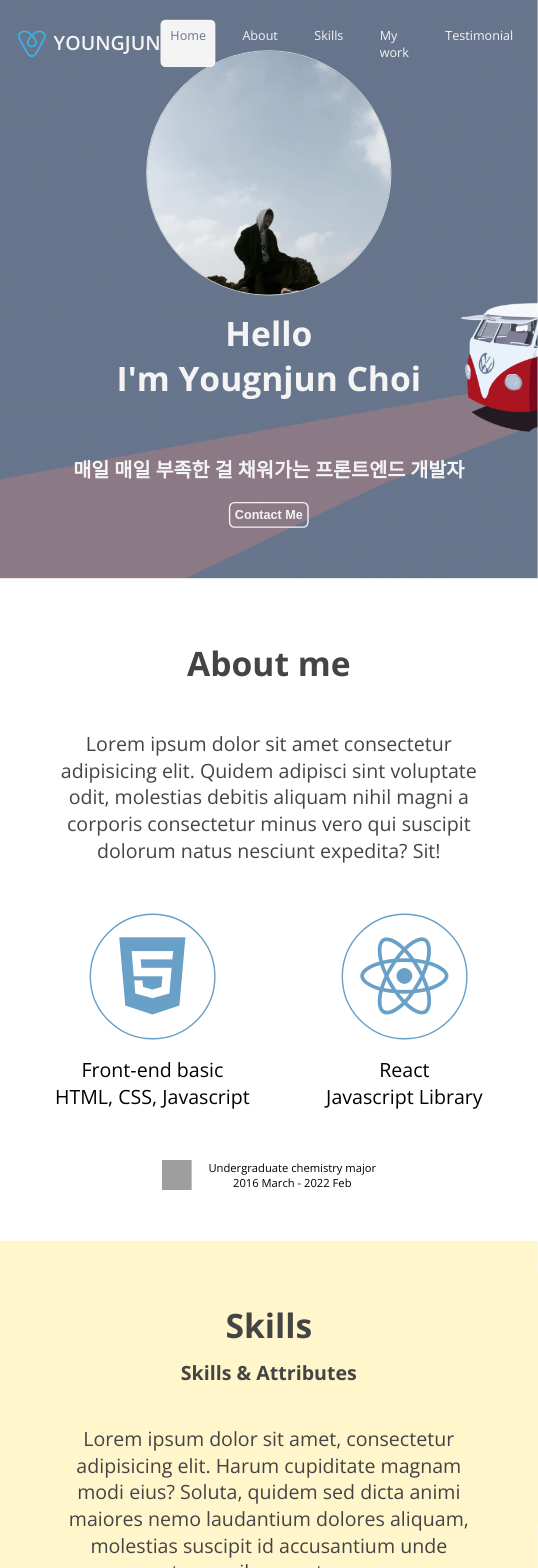
Repository: choi2021/portfolio-vanillaJS
Page: index.html
The author's editor kept a copy of each file at every save. The page is drawn from the files as they stood at one save, then again after the next save.
The browser window is 768 px wide. The pictures show the part of the page from y = 0 to 2240 px (the page is 5490 px tall before and 5390 px after), at 70% of full size.
Pictures or frames that could not be fetched are drawn as grey boxes. Some web libraries are served in a nearby version.

Above is the page before, as saved 2022-01-08 14:45:37.

### index.html
<!DOCTYPE html>
<html lang="en">

<head>
  <meta charset="UTF-8">
  <meta http-equiv="X-UA-Compatible" content="IE=edge">
  <meta name="viewport" content="width=device-width, initial-scale=1.0">
  <title>Youngjun's Portfolio</title>
  <meta name="description" content="Front-end developer Youngjun">
  <meta name="author" content="Youngjun ">
  <link rel="icon" href="public/favicon.png" type="public/png">
  <link rel="stylesheet" href="style.css">
  <script src="main.js" defer></script>
  <script src="https://kit.fontawesome.com/a6a726722e.js" crossorigin="anonymous"></script>
  <link href="https://fonts.googleapis.com/css2?family=Open+Sans:wght@400;600;700&display=swap" rel="stylesheet">
</head>

<body>
  <!-- Navbar -->
  <nav class="navbar">
    <div class="navbar__logo">
      <img src="public/favicon.png" alt="logo">
      <a href="#">YOUNGJUN</a>
    </div>
    <ul class="navbar__menu">
      <li class="navbar__menu__item active">Home</li>
      <li class="navbar__menu__item">About</li>
      <li class="navbar__menu__item">Skills</li>
      <li class="navbar__menu__item">My work</li>
      <li class="navbar__menu__item">Testimonial</li>
      <li class="navbar__menu__item">Contact</li>
    </ul>
  </nav>
  <!-- Home -->
  <section class="home">
    <img class="home__avatar" src="public/profile.jpg" alt="home-img">
    <h1 class="title">Hello <br> I'm Yougnjun Choi</h1>
    <h3 class="description">매일 매일 부족한 걸 채워가는 프론트엔드 개발자</h3>
    <button class="home__contact">contact me</button>
  </section>
  <!-- About -->
  <section class="about section">
    <div class="section__container">
      <h1 class="title">About me</h1>
      <p class="description">Lorem ipsum dolor sit amet consectetur adipisicing elit. Quidem adipisci sint voluptate
        odit, molestias debitis aliquam nihil magni a corporis consectetur minus vero qui suscipit dolorum natus
        nesciunt
        expedita? Sit!</p>
      <ul class="about__stacks">
        <li class="stack">
          <div class="stack__icon">
            <i class="fab fa-html5"></i>
          </div>
          <div class="stack__title">Front-end basic</div>
          <div class="stack__description">HTML, CSS, Javascript</div>
        </li>
        <li class="stack">
          <div class="stack__icon">
            <i class="fab fa-react"></i>
          </div>
          <div class="stack__title">React</div>
          <div class="stack__description">Javascript Library</div>
        </li>
      </ul>
      <div class="about__experience">
        <img src="public/gist_logo.jpg" alt="">
        <div class="experience__description">
          <div class="experience__name">Undergraduate chemistry major</div>
          <div class="experience__term">2016 March - 2022 Feb</div>
        </div>
      </div>
    </div>
  </section>
  <!-- Skills -->
  <section class="skills section">
    <div class="section__container">
      <h1 class="title">Skills</h1>
      <h2 class="sub_title">Skills & Attributes</h2>
      <p class="description">Lorem ipsum dolor sit amet, consectetur adipisicing elit. Harum cupiditate magnam modi
        eius? Soluta,
        quidem sed dicta animi maiores nemo laudantium dolores aliquam, molestias suscipit id accusantium unde
        temporibus
        nostrum.</p>
      <div class="skillset">
        <div class="skillset__left">
          <h3 class="skillset__title">Skills</h3>
          <div class="skill">
            <div class="skill__description">
              <span class="description__name">HTML</span>
              <span class="description__figure">80%</span>
            </div>
            <div class="skill__bar">
              <div class="skill__value" style="width: 80%"></div>
            </div>
          </div>
          <div class="skill">
            <div class="skill__description">
              <span class="description__name">CSS</span>
              <span class="description__figure">60%</span>
            </div>
            <div class="skill__bar">
              <div class="skill__value" style="width: 60%"></div>
            </div>
          </div>
          <div class="skill">
            <div class="skill__description">
              <span class="description__name">Javascript</span>
              <span class="description__figure">40%</span>
            </div>
            <div class="skill__bar">
              <div class="skill__value" style="width: 40%"></div>
            </div>
          </div>
          <div class="skill">
            <div class="skill__description">
              <span class="description__name">React</span>
              <span class="description__figure">10%</span>
            </div>
            <div class="skill__bar">
              <div class="skill__value" style="width:10%"></div>
            </div>
          </div>
        </div>
        <div class="skillset__right">
          <section class="tools">
            <h3 class="tools__title">Tools</h3>
            <ul class="tools__list">
              <li>
                <span>Visual Studio</span>
              </li>
            </ul>
          </section>
          <section class="etc">
            <h3 class="skillset__title">Etc</h3>
            <ul class="etc__list">
              <li>
                <span>Git</span>
              </li>
            </ul>
          </section>
        </div>
      </div>
    </div>
  </section>
  <section class="work section">
    <div class="section__container">
      <h1 class="title">My Work</h1>
      <h2 class="description">Projects</h2>
      <div class="work__categories">
        <button class="category__btn active">
          All
          <span class="category__count">8</span>
        </button>
        <button class="category__btn">HTML+CSS<span class="category__count">3</span></button>
        <button class="category__btn">HTML+CSS+Javascript<span class="category__count">3</span></button>
        <button class="category__btn">React<span class="category__count">2</span></button>
      </div>
      <div class="work__projects">
        <a href="#" class="project">
          <img src="public/background.jpg" alt="">
          <div class="project__description">
            <h3>Youtube UI</h3>
            <span>Clone coding with HTML and CSS</span>
          </div>
        </a>
        <a href="#" class="project">
          <img src="public/background.jpg" alt="">
          <div class="project__description">
            <h3>Youtube UI</h3>
            <span>Clone coding with HTML and CSS</span>
          </div>
        </a>
        <a href="#" class="project">
          <img src="public/background.jpg" alt="">
          <div class="project__description">
            <h3>Youtube UI</h3>
            <span>Clone coding with HTML and CSS</span>
          </div>
        </a>
        <a href="#" class="project">
          <img src="public/background.jpg" alt="">
          <div class="project__description">
            <h3>Youtube UI</h3>
            <span>Clone coding with HTML and CSS</span>
          </div>
        </a>
        <a href="#" class="project">
          <img src="public/background.jpg" alt="">
          <div class="project__description">
            <h3>Youtube UI</h3>
            <span>Clone coding with HTML and CSS</span>
          </div>
        </a>
        <a href="#" class="project">
          <img src="public/background.jpg" alt="">
          <div class="project__description">
            <h3>Youtube UI</h3>
            <span>Clone coding with HTML and CSS</span>
          </div>
        </a>
        <a href="#" class="project">
          <img src="public/background.jpg" alt="">
          <div class="project__description">
            <h3>Youtube UI</h3>
            <span>Clone coding with HTML and CSS</span>
          </div>
        </a>
        <a href="#" class="project">
          <img src="public/background.jpg" alt="">
          <div class="project__description">
            <h3>Youtube UI</h3>
            <span>Clone coding with HTML and CSS</span>
          </div>
        </a>
      </div>
    </div>
  </section>
  <section class="testimonials section">
    <div class="section__container">
      <h1 class="title">Testimonials</h1>
      <h2 class="description">See what they say about me</h2>
      <div class="testimonialset">
        <div class="testimonial">
          <img class="testimonial__avatar" src="public/background2.jpg" alt="">
          <div class="testimonial__speech-bubble">
            <span>Lorem ipsum dolor sit amet consectetur adipisicing elit. Minus tenetur in minima voluptatum! Accusamus
              suscipit laborum corrupti quidem fuga ratione doloremque. Fugiat porro sapiente sed suscipit delectus
              animi
              harum officia!</span>
            <div class="name-and-company">
              <span class="name"><a href="#"> Ellie</a></span>
              <span class="companay">TigerSpike</span>
            </div>
          </div>
        </div>
        <div class="testimonial">
          <div class="section__container"></div>
          <div class="testimonial__speech-bubble">
            <span>Lorem ipsum dolor sit amet consectetur adipisicing elit. Minus tenetur in minima voluptatum! Accusamus
              suscipit laborum corrupti quidem fuga ratione doloremque. Fugiat porro sapiente sed suscipit delectus
              animi
              harum officia!</span>
            <div class="name-and-company">
              <span class="name"><a href="#"> Ellie</a></span>
              <span class="companay">TigerSpike</span>
            </div>
          </div>
          <img class="testimonial__avatar" src="public/background2.jpg" alt="">
        </div>
      </div>
    </div>

  </section>
  <section class="contact section">
    <h1 class="title">Let's Talk</h1>
    <h2 class="contact__email">juni2004c@gmail.com</h2>
    <div class="contact__links">
      <a href="#">
        <i class="fab fa-github"></i>
      </a>
    </div>
    <p class="contact__rights">2022 Youngjun Choi- All rights reserved</p>
  </section>
</body>

</html>

### style.css
:root {
  /* color */
  --white-color: #f4f4f4;
  --blue-color: #69a0c7;
  --light-yellow-color: #fff6cb;
  --deep-yellow-color: #feac3e;
  --pink-color: #fd8682;
  --black-color: #444444;
  --dark-gray-color: #565656;
  --dim-gray-color: #706f6d;
  --light-gray-color: #d1d1d1;
  --dark-red-color: #8c7a86;
  --dark-blue-color: #67758c;

  /* Space */
  --base-space: 36px;

  /* Font weight */
  --weight-bold: 700;
  --weight-semi-bold: 600;
  --weight-regular: 400;

  /* Font-size */
  --font-large: 48px;
  --font-medium: 28px;
  --font-regular: 18px;
  --font-small: 16px;

  /* size */
  --count-size: 32px;
  --border-size: 8px;
  --logo-size: 43px;
  --avatar-size: 350px;
  --stack-size: 180px;
  --project-width: 280px;
  --project-height: 250px;
  --testimonial-size: 250px;
}

/* Universal tags */
* {
  box-sizing: border-box;
}

h1 {
  font-size: var(--font-large);
  font-weight: var(--weight-bold);
  color: var(--black-color);
  margin: 16px 0px;
}

h2 {
  font-size: var(--font-medium);
  font-weight: var(--weight-semi-bold);
  color: var(--black-color);
  margin: 8px 0px;
}

body {
  margin: 0;
  font-family: "Open Sans", sans-serif;
}

ul {
  list-style: none;
  padding-left: 0;
}

a {
  text-decoration: none;
  color: var(--black-color);
}

button {
  border: none;
  outline: none;
  background-color: transparent;
  cursor: pointer;
}

/* navbar */

.navbar {
  display: flex;
  justify-content: space-between;
  align-items: center;
  background-color: transparent;
  font-size: var(--font-medium);
  position: fixed;
  top: 0;
  width: 100%;
  padding: 0 var(--base-space);
}

.navbar__logo {
  display: flex;
}

.navbar__logo img {
  width: var(--logo-size);
  height: var(--logo-size);
  margin-right: calc(0.4 * var(--base-space));
}

.navbar__logo a {
  font-size: var(--font-medium);
  font-weight: var(--weight-semi-bold);
  color: var(--white-color);
}

.navbar__menu {
  display: flex;
  padding-left: 0;
}

.navbar__menu__item {
  padding: 8px 12px;
  font-size: var(--font-regular);
  cursor: pointer;
  border: 2px transparent solid;
  border-radius: var(--border-size);
  color: var(--white-color);
  margin-right: var(--base-space);
}

.navbar__menu__item:hover {
  border: 2px white solid;
}

.navbar__menu__item.active {
  background-color: var(--white-color);
  color: var(--dark-blue-color);
}

/* Home */

.home {
  padding: calc(3 * var(--base-space)) var(--base-space);
  background: url(./public/background.jpg) no-repeat center/cover;
  text-align: center;
}

.home__avatar {
  width: var(--avatar-size);
  height: var(--avatar-size);
  border-radius: 50%;
  border: 1px white solid;
}

.home .title {
  font-size: var(--font-large);
  font-weight: var(--weight-bold);
  text-align: center;
  color: var(--white-color);
}

.home .description {
  padding-top: calc(2 * var(--base-space));
  font-size: var(--font-medium);
  color: var(--white-color);
}

.home__contact {
  font-size: var(--font-regular);
  font-weight: var(--weight-bold);
  color: var(--white-color);
  text-transform: capitalize;
  padding: calc(0.25 * var(--base-space));
  border: solid var(--white-color) 2px;
  border-radius: var(--border-size);
}

.home__contact:hover {
  background-color: var(--white-color);
  color: var(--dark-blue-color);
}

.section {
  padding: calc(3 * var(--base-space)) var(--base-space);
  text-align: center;
}

.section__container {
  max-width: 1200px;
  margin: auto;
}

.about .description {
  width: 85%;
  margin: auto;
  padding-top: calc(2 * var(--base-space));
  font-size: var(--font-medium);
  text-align: center;
  color: var(--black-color);
  margin-bottom: calc(2 * var(--base-space));
}

.about__stacks {
  display: flex;
  justify-content: space-around;
  padding-left: 0;
  margin: calc(3 * var(--base-space)) 0;
}

.stack {
  font-size: var(--font-medium);
  display: flex;
  flex-direction: column;
  align-items: center;
  text-align: center;
}

.stack__icon {
  font-size: calc(0.7 * var(--stack-size));
  width: var(--stack-size);
  height: var(--stack-size);
  display: flex;
  justify-content: center;
  align-items: center;
  color: var(--blue-color);
  border: 2px solid var(--blue-color);
  border-radius: 50%;
  margin-bottom: var(--base-space);
  transition: transform 300ms ease-in;
}

.stack__icon:hover {
  transform: rotate(45deg);
  color: var(--dark-blue-color);
  border: 2px solid var(--dark-blue-color);
}

.about__experience {
  display: flex;
  justify-content: center;
  width: 50%;
  margin: auto;
}

.about__experience img {
  width: var(--logo-size);
  height: var(--logo-size);
  margin-right: var(--base-space);
}

.skills {
  background-color: var(--light-yellow-color);
}

.skills .sub_title {
  font-size: var(--font-medium);
  font-weight: var(--weight-bold);
  text-align: center;
  color: var(--black-color);
}

.skills .description {
  width: 85%;
  margin: auto;
  padding-top: calc(2 * var(--base-space));
  font-size: var(--font-medium);
  text-align: center;
  color: var(--black-color);
  margin-bottom: calc(2 * var(--base-space));
}

.skillset {
  display: flex;
  background-color: var(--black-color);
}

.skillset__left {
  flex-basis: 60%;
  display: flex;
  color: var(--white-color);
  flex-direction: column;
  align-items: center;
  padding: var(--base-space);
}

.skillset__title {
  font-size: var(--font-regular);
}

.skill {
  width: 100%;
  margin-bottom: var(--base-space);
}

.skill__description {
  width: 100%;
  font-size: var(--font-small);
  display: flex;
  justify-content: space-between;
}

.skill__bar {
  height: 3px;
  background-color: var(--dim-gray-color);
}

.skill__value {
  height: 3px;
  background-color: var(--deep-yellow-color);
}

.skillset__right {
  flex-basis: 40%;
  display: flex;
  flex-direction: column;
  margin: 0;
  text-align: center;
}

.tools {
  background-color: var(--dark-gray-color);
  width: 100%;
  height: 50%;
  color: var(--white-color);
}

.etc {
  background-color: var(--dim-gray-color);
  padding-left: 0;
  height: 50%;
  color: var(--white-color);
}

.tools__list,
.etc__list {
  padding-left: 0;
}

.work .description {
  width: 85%;
  margin: auto;
  padding-top: calc(2 * var(--base-space));
  color: var(--black-color);
  margin-bottom: calc(2 * var(--base-space));
}

.work__categories {
  margin-bottom: var(--base-space);
}

.category__btn {
  font-size: var(--font-regular);
  padding: 8px 12px;
  border: 1px solid var(--dim-gray-color);
  border-radius: var(--border-size);
}

.category__btn.active {
  color: var(--white-color);
  background-color: var(--dark-blue-color);
}

.category__count {
  display: inline-block;
  font-size: var(--font-regular);
  border-radius: 50%;
  width: var(--count-size);
  height: var(--count-size);
  line-height: 32px;
  background-color: var(--deep-yellow-color);
  margin-left: 8px;
  position: relative;
  top: -40px;
  left: 4px;
  opacity: 0;
  transition: all 300ms ease-in;
}
.category__btn.active .category__count,
.category__btn:hover .category__count {
  opacity: 1;
  top: 0;
  left: 0;
}

.work__projects {
  display: flex;
  justify-content: center;
  flex-wrap: wrap;
  width: 100%;
}

.project {
  position: relative;
  width: var(--project-width);
  height: var(--project-height);
  margin-right: calc(0.5 * var(--base-space));
  margin-bottom: calc(0.5 * var(--base-space));
}

.project img {
  width: 100%;
  height: 100%;
}

.project__description {
  background-color: var(--light-yellow-color);
  position: absolute;
  top: 0;
  left: 0;
  width: 100%;
  height: 100%;
  display: flex;
  flex-direction: column;
  justify-content: center;
  opacity: 0;
  transform: translate(0, 10px);
  transition: all 300ms ease-in-out;
}

.project__description:hover {
  opacity: 0.9;
  transform: translate(0, 0);
}

.project__description h3::after {
  display: block;
  margin: auto;
  content: "";
  width: 125px;
  height: 2px;
  background-color: var(--dim-gray-color);
}

.project__description span {
  font-size: var(--font-small);
}

/* Testimonial */

.testimonials {
  background-color: var(--light-gray-color);
}

.testimonials .description {
  max-width: 1200px;
  padding-top: calc(var(--base-space));
  font-size: var(--font-medium);
  color: var(--black-color);
  margin-bottom: calc(2 * var(--base-space));
}

.testimonialset {
  display: flex;
  flex-direction: column;
}

.testimonial {
  display: flex;
  margin-bottom: var(--base-space);
}

.testimonial__avatar:nth-child(odd) {
  margin-right: 24px;
}

.testimonial__avatar :nth-child(even) {
  margin-left: 24px;
}

.testimonial__avatar {
  width: var(--testimonial-size);
  height: var(--testimonial-size);
}

.testimonial__speech-bubble {
  background-color: var(--white-color);
  padding: var(--base-space);
  font-size: var(--font-regular);
  text-align: center;
}

.testimonial__speech-bubble .name-and-company {
  margin-top: var(--base-space);
}

.testimonial__speech-bubble .name {
  font-weight: var(--weight-bold);
}

/* contact */
.contact {
  background-color: var(--dark-blue-color);
}

.contact .title,
.contact__email,
.contact__rights {
  color: var(--white-color);
}

.contact .title {
  font-size: var(--font-large);
}

.contact__email {
  font-size: var(--font-medium);
}

.contact__links {
  color: var(--white-color);
}

.contact__links a {
  font-size: var(--logo-size);
  color: var(--white-color);
}

.contact__links a i {
  transition: transform 300ms ease-in-out;
}

.contact__links a i:hover {
  transform: scale(1.1);
}

.contact__rights {
  font-size: var(--font-regular);
}

@media screen and (max-width: 768px) {
  :root {
    /* Space */
    --base-space: 24px;

    /* Font weight */
    --weight-bold: 700;
    --weight-semi-bold: 600;
    --weight-regular: 400;

    /* Font-size */
    --font-large: 48px;
    --font-medium: 28px;
    --font-regular: 18px;
    --font-small: 16px;

    /* size */
    --count-size: 32px;
    --border-size: 8px;
    --logo-size: 43px;
    --avatar-size: 350px;
    --stack-size: 180px;
    --project-width: 280px;
    --project-height: 250px;
    --testimonial-size: 250px;
  }
}

### main.js
// navbar background color
const navbar = document.querySelector(".navbar");
const navbarInfo = navbar.getBoundingClientRect();
console.log(navbarInfo);
console.log(navbarInfo.height);

After the next save:
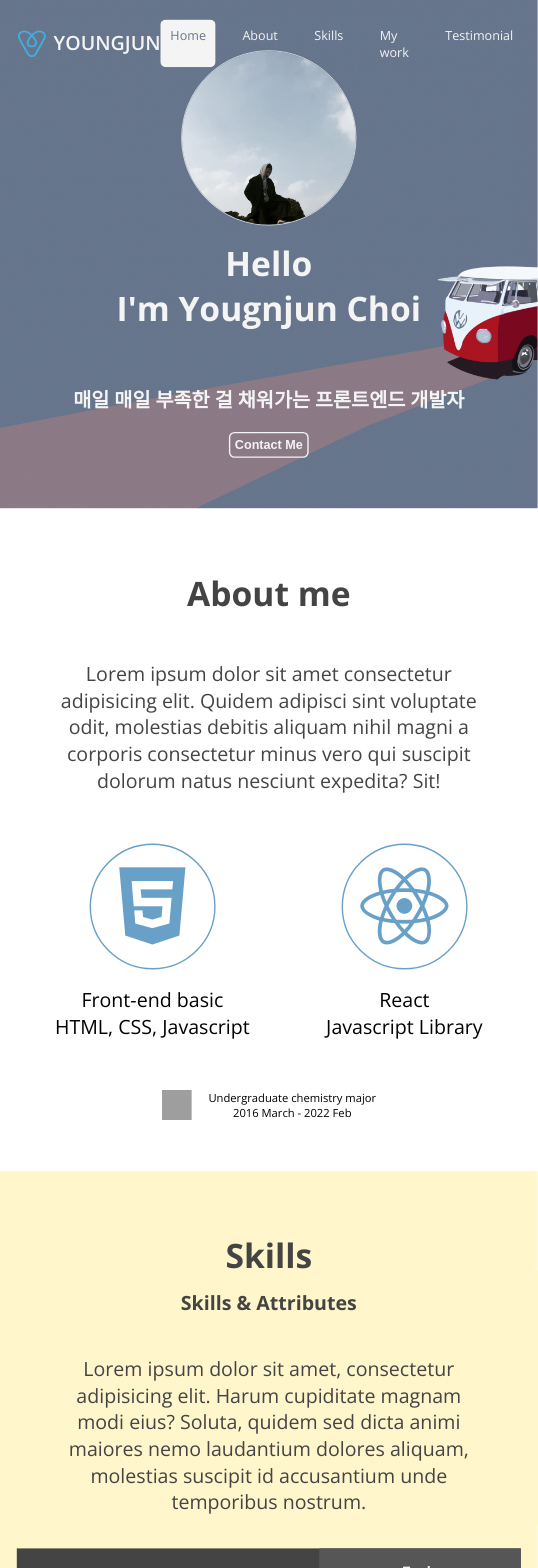
Saved 8 s later.
--- a/style.css
+++ b/style.css
@@ -542,7 +542,7 @@ button {
     --count-size: 32px;
     --border-size: 8px;
     --logo-size: 43px;
-    --avatar-size: 350px;
+    --avatar-size: 250px;
     --stack-size: 180px;
     --project-width: 280px;
     --project-height: 250px;
